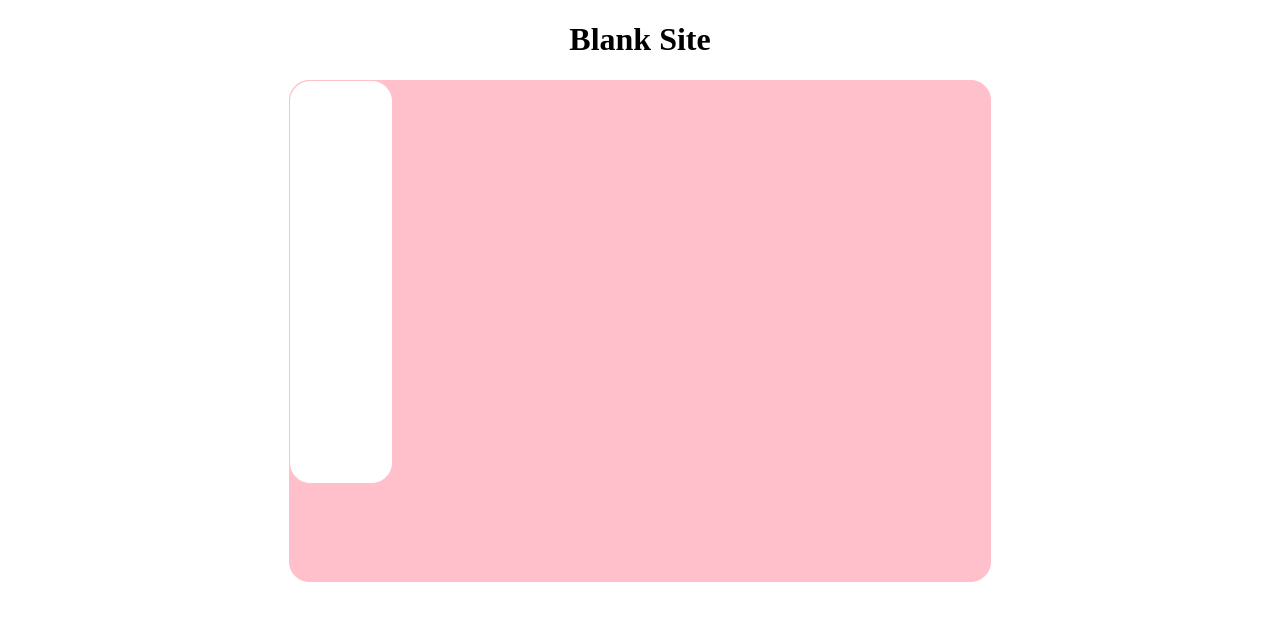
Repository: yhung004/Blank_Project
Page: index.html
An editor plug-in stored every save of this project. The page is shown before and after the next save, followed by the edit.
The browser window is 1280 px wide. The pictures show the whole page.

Above is the page before, as saved 2024-04-04 02:32:47.

### index.html
<!DOCTYPE html>
<html lang="en">
<head>
    <meta charset="UTF-8">
    <meta name="viewport" content="width=device-width, initial-scale=1.0">
    <title>Blank_Project</title>
    <link rel="stylesheet" href="index.css">
</head>
<body>
    <h1 class="header1">Blank Site</h1>
    <div class="main">
        <div class="container"></div>

    </div>

</body>
</html>

### index.css
.header1 {
    text-align: center;
}
.main {
    background-color: pink;
    width: 700px;
    height: 500px;
    margin:auto;
    border: 1px solid pink;
    border-radius: 20px;
}
.container {
    background-color:white;
    width:100px;
    height: 400px;
    /* position:absolute; */
    border :1px solid white;
    border-radius: 20px;
}

After the next save:
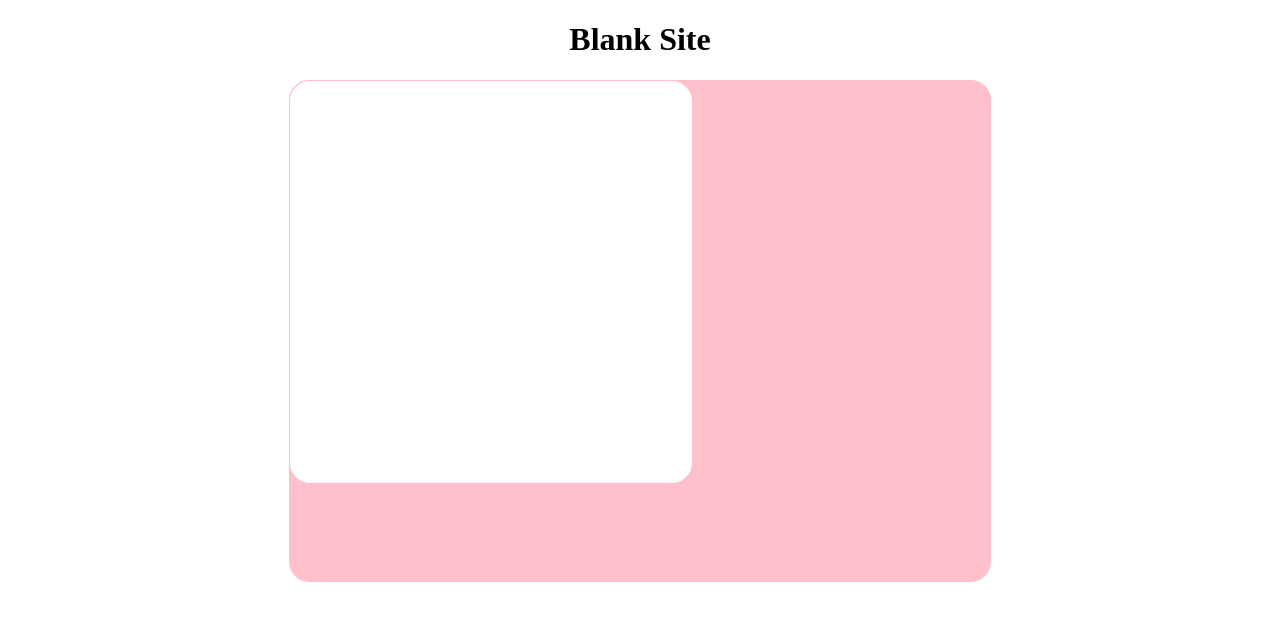
Saved 16 s later.
--- a/index.css
+++ b/index.css
@@ -11,7 +11,7 @@
 }
 .container {
     background-color:white;
-    width:100px;
+    width:400px;
     height: 400px;
     /* position:absolute; */
     border :1px solid white;
